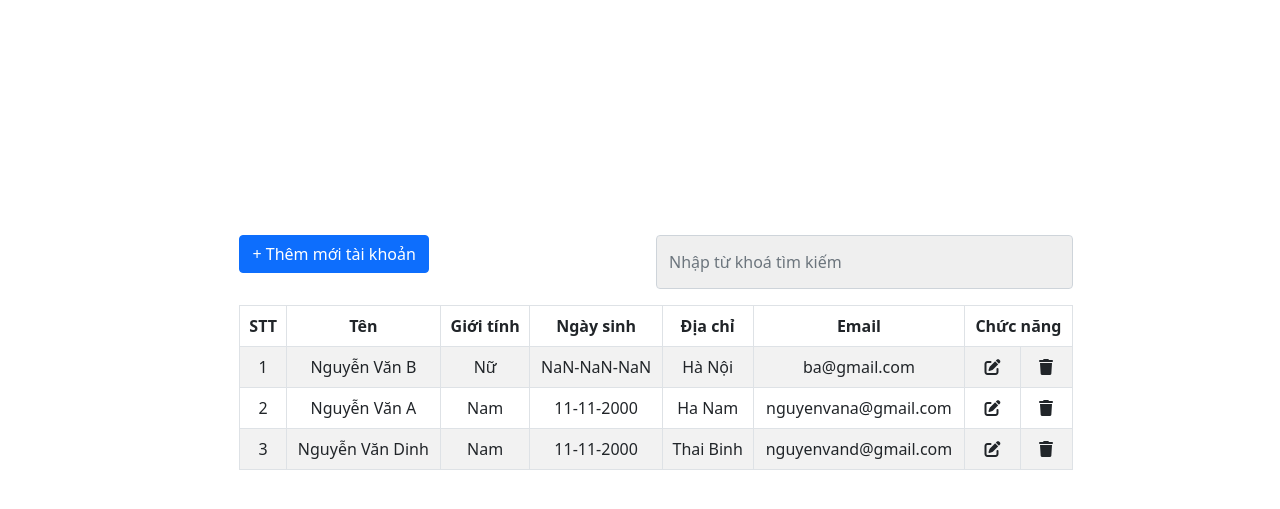
Repository: TinhTT336/MD02_Session12
Page: / (app in client/)
The author's editor kept a copy of each file at every save. The page is drawn from the files as they stood at one save, then again after the next save.
The browser window is 1280 px wide. The pictures show the whole page.
The project was rebuilt for these pictures with package versions that can differ from the ones it lists, and the page was loaded fresh each time. Requests to the local data server were answered from the project's data file. Also part of the build but not shown: client/vite.config.js, client/src/components/admin/manager-product/FormAdd.jsx, client/src/components/admin/manager-product/FormEdit.jsx, client/src/pages/product/ListProduct.jsx, client/src/components/admin/manager-user/FormAddUser.jsx, client/src/components/admin/manager-user/FormEditUser.jsx.

Above is the page before, as saved 2023-09-12 10:35:16.

### client/index.html
<!DOCTYPE html>
<html lang="en">
  <head>
    <meta charset="UTF-8" />
    <link rel="icon" type="image/svg+xml" href="/vite.svg" />
    <meta name="viewport" content="width=device-width, initial-scale=1.0" />
    <title>Vite + React</title>
    <link
      href="https://cdn.jsdelivr.net/npm/bootstrap@5.0.2/dist/css/bootstrap.min.css"
      rel="stylesheet"
      integrity="sha384-EVSTQN3/azprG1Anm3QDgpJLIm9Nao0Yz1ztcQTwFspd3yD65VohhpuuCOmLASjC"
      crossorigin="anonymous"
    />
    <link
      rel="stylesheet"
      href="https://cdnjs.cloudflare.com/ajax/libs/font-awesome/6.4.2/css/all.min.css"
      integrity="sha512-z3gLpd7yknf1YoNbCzqRKc4qyor8gaKU1qmn+CShxbuBusANI9QpRohGBreCFkKxLhei6S9CQXFEbbKuqLg0DA=="
      crossorigin="anonymous"
      referrerpolicy="no-referrer"
    />
  </head>
  <body>
    <div id="root"></div>
    <script type="module" src="/src/main.jsx"></script>
  </body>
</html>

### client/src/App.jsx
import { useState } from 'react'
import reactLogo from './assets/react.svg'
import viteLogo from '/vite.svg'
import './App.css'
import ListProduct from './pages/product/ListProduct'
import ListUser from './pages/admin/ListUser'

function App() {
  const [count, setCount] = useState(0)

  return (
    <>
      {/* <ListProduct /> */}
      <ListUser />
    </>
  )
}

export default App

### client/src/pages/admin/ListUser.jsx
import React, { useEffect, useState } from 'react';
import axios from 'axios';// khong co dau ngoac nhon
import { notification } from 'antd';
import FormAddUser from '../../components/admin/manager-user/FormAddUser';
import FormEditUser from '../../components/admin/manager-user/FormEditUser';
import { formatDate } from '../../utils/formatData';
import debounce from "lodash.debounce";

export default function ListUser() {
    const [users, setUsers] = useState([]);
    const [show, setShow] = useState(false);
    const [showEdit, setShowEdit] = useState(false);
    const [idEdit, setIdEdit] = useState(null);
    const [searchText, setSearchText] = useState("");
    // goi API lấy tất cả thông tin
    const loadData = () => {
        axios.get(`http://localhost:8000/users?user_name_like=${searchText}`)
            .then(response => setUsers(response.data))
            .catch(error => console.log(error))
    }

    useEffect(() => {
        const delaySearch = debounce(loadData, 500)//dat do tre cho ham search tinh tu khi bo tay ra kho ban phim
        delaySearch();
        return delaySearch.cancel; //huy debounce khi khong thuc hien chua nang search
    }, [searchText])

    // ham xoa du lieu
    const handleDelete = (id) => {
        axios.delete(`http://localhost:8000/users/${id}`)
            .then(response => {
                if (response.status === 200) {
                    notification.success({
                        message: "Thành công!",
                        description: "Xoá tài khoản thành công"
                    });
                    loadData();
                }
            })
            .catch(error => console.log(error))
    }

    // ham hien form them moi
    const handleShow = () => {
        setShow(true);
    }

    // ham dong form them moi
    const handleClose = () => {
        setShow(false);
    }

    // ham hien form edit
    const handleShowEdit = (id) => {
        setShowEdit(true);
        setIdEdit(id);
    }

    // ham dong form edit
    const handleCloseEdit = () => {
        setShowEdit(false);
    }
    return (
        <>
            {/* Form them moi */}
            {show && <FormAddUser handleClose={handleClose} loadData={loadData} />}
            {/* Form edit */}
            {showEdit && <FormEditUser handleCloseEdit={handleCloseEdit} loadData={loadData} idEdit={idEdit} />}
            <div className='container d-flex align-items-center  flex-column m-3'>
                <div className='d-flex justify-content-between mb-3' style={{ width: "100%", gap: "20px" }}>
                    <button onClick={handleShow} className='btn btn-primary mb-3'>+ Thêm mới tài khoản</button>
                    <input value={searchText}
                        onChange={(e) => setSearchText(e.target.value)} type="text" name="" id="" className="form-control w-50" placeholder='Nhập từ khoá tìm kiếm' />
                </div>
                <table className='table table-striped table-hover table-bordered'>
                    <thead>
                        <tr>
                            <th style={{ textAlign: "center" }} scope='col'>STT</th>
                            <th style={{ textAlign: "center" }} scope='col'>Tên</th>
                            <th style={{ textAlign: "center" }} scope='col'>Giới tính</th>
                            <th style={{ textAlign: "center" }} scope='col'>Ngày sinh</th>
                            <th style={{ textAlign: "center" }} scope='col'>Địa chỉ</th>
                            <th style={{ textAlign: "center" }} scope='col'>Email</th>
                            <th style={{ textAlign: "center" }} scope='col' colSpan={2}>Chức năng</th>
                        </tr>
                    </thead>
                    <tbody>
                        {users.map((user, index) => (
                            <tr key={user.id}>
                                <td>{index + 1}</td>
                                <td>{user.user_name}</td>
                                <td>{user.gender === 0 ? "Nam" : (user.gender === 1 ? "Nữ" : "Khác")}</td>
                                <td>{formatDate(user.dateOfBirth)}</td>
                                <td>{user.address}</td>
                                <td>{user.email}</td>
                                <td onClick={() => handleShowEdit(user.id)}><i className="fa-solid fa-pen-to-square "></i></td>
                                <td onClick={() => handleDelete(user.id)}><i className="fa-solid fa-trash "></i></td>
                            </tr>

                        ))}
                    </tbody>
                </table>
            </div>
        </>
    )
}

### client/src/utils/formatData.js
/**
 * ham format tien te Viet Nam
 * @param {*} money chuoi tien te can format
 * @returns chuoi tien te da duoc format
 * Author: TinhTT (11/09/2023)
 */
export const formatMoney = (money) => {
  return money.toLocaleString("vi", { style: "currency", currency: "VND" });
};
/**
 * ham dinh dang chuoi thoi gian
 * @param {*} date chuoi thoi gian can dinh dang
 * @returns dinh dang thoi gian theo kieu ngay-thang-nam
 * Author: TinhTT(12/9/2023)
 */
export const formatDate = (date) => {
  // lay ra dinh dang thoi gian cua chuoi dua vao thoi gian thuc
  const today = new Date(date);
  // lay ra nam
  let year = today.getFullYear();
  // lay ra thang
  let month = today.getMonth() + 1;
  if (month > 0 && month < 10) {
    month = `0${month}`;
  }
  // lay ra ngay
  let day = today.getDate();
  // tra ra chuoi can dinh dang
  return `${day}-${month}-${year}`;
};
/**
 * Validate email
 * @param {*} email : chuỗi email cần kiểm tra
 * @returns true nếu đúng định dạng, false nếu sai định dạng
 * Author: NVQUY(12/09/2023)
 */
export const ValidateEmail = (email) => {
  return String(email)
    .toLowerCase()
    .match(
      /^(([^<>()[\]\\.,;:\s@"]+(\.[^<>()[\]\\.,;:\s@"]+)*)|.(".+"))@((\[[0-9]{1,3}\.[0-9]{1,3}\.[0-9]{1,3}\.[0-9]{1,3}\])|(([a-zA-Z\-0-9]+\.)+[a-zA-Z]{2,}))$/
    );
};

### client/src/components/admin/manager-product/product.css
.product-container {
  position: fixed;
  bottom: 0;
  top: 0;
  right: 0;
  left: 0;
  background: rgba(0, 0, 0, 0.6);
  display: flex;
  align-items: center;
  justify-content: center;
  min-height: 100vh;
}
.form-container {
  width: 400px;
  padding: 20px;
  background-color: #fff;
  border: 1px solid #3333;
  border-radius: 4px;
}
.form-control {
  background-color: #efefef;
}

### server/db.json
{
  "users": [
    {
      "email": "ba@gmail.com",
      "password": "$2a$10$dR3OnjgY62k9wRyVo5LbNeqOKyZL54t2fqGn3sQJJPeKdv6eA7BPC",
      "user_name": "Nguyễn Văn B",
      "gender": 1,
      "address": "Hà Nội ",
      "dateOfBirth": "20/01/2004",
      "id": 1
    },
    {
      "email": "nguyenvana@gmail.com",
      "password": "$2a$10$19Cnt/n/J/yqyoAFKDjy4.HmmO9ZH/8PjB0.suBV3eBKrZBomKi1O",
      "user_name": "Nguyễn Văn A",
      "gender": 0,
      "dateOfBirth": "11/11/2000",
      "address": "Ha Nam",
      "id": 2
    },
    {
      "email": "nguyenvand@gmail.com",
      "password": "$2a$10$Tz6cvrc/vgRS4QnEr.4qZ.fK3iOzyYLpUpImKREPYkv/5n3Y6PAG2",
      "user_name": "Nguyễn Văn Dinh",
      "gender": 0,
      "dateOfBirth": "11/11/2000",
      "address": "Thai Binh",
      "id": 3
    }
  ],
  "products": [
    {
      "id": 1,
      "product_name": "Cam sanh",
      "price": 20000,
      "from": "mien Tay"
    },
    {
      "id": 2,
      "product_name": "Cam vàng",
      "price": 40000,
      "from": "mien Tay"
    },
    {
      "product_name": "Chôm chôm",
      "price": 35000,
      "from": "Miền Nam",
      "id": 5
    },
    {
      "product_name": "Ổi hồng",
      "price": 40000,
      "from": "Miền Nam",
      "id": 6
    },
    {
      "product_name": "Bưởi da xanh",
      "price": 56000,
      "from": "Miền Nam",
      "id": 7
    }
  ]
}

### client/src/components/base/Loading.jsx
import React from "react";
import "./loading.css";

export default function Loading() {
    return (
        <>
            <div className="loading-container">
                <div className="loader-container">
                    <div className="loader"></div>
                </div>
            </div>
        </>
    );
}

### client/src/components/base/loading.css
.loading-container {
  z-index: 1000;
  transition: all 0.5s ease;
  opacity: 1;
  background-color: rgba(0, 0, 0, 0.2);
  position: fixed;
  top: 0;
  left: 0;
  right: 0;
  bottom: 0;
}

.loader-container {
  position: absolute;
  top: 50%;
  left: 50%;
  transform: translate(-50%, -50%);
}

.loader {
  border: 6px solid #f3f3f3; /* màu nền cho vòng tròn */
  border-top: 6px solid #3498db; /* màu cho vòng tròn khi quay */
  border-radius: 50%;
  width: 50px;
  height: 50px;
  animation: spin 1s linear infinite;
}

@keyframes spin {
  0% {
    transform: rotate(0deg);
  }
  100% {
    transform: rotate(360deg);
  }
}

Loaded but not shown: client/src/main.jsx (common file); client/src/index.css (common file); client/src/App.css (common file)

After the next save:
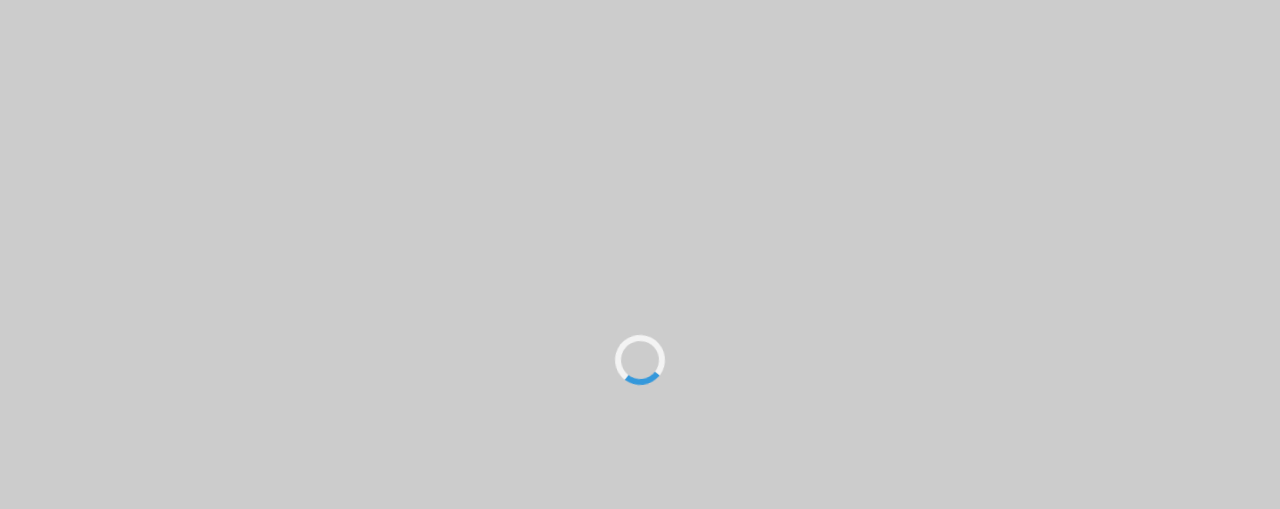
Saved 30 s later.
--- a/client/src/App.jsx
+++ b/client/src/App.jsx
@@ -4,6 +4,7 @@
 import './App.css'
 import ListProduct from './pages/product/ListProduct'
 import ListUser from './pages/admin/ListUser'
+import Loading from './components/base/Loading'
 
 function App() {
   const [count, setCount] = useState(0)
@@ -11,7 +12,8 @@
   return (
     <>
       {/* <ListProduct /> */}
-      <ListUser />
+      {/* <ListUser /> */}
+      <Loading />
     </>
   )
 }

After the save that followed:
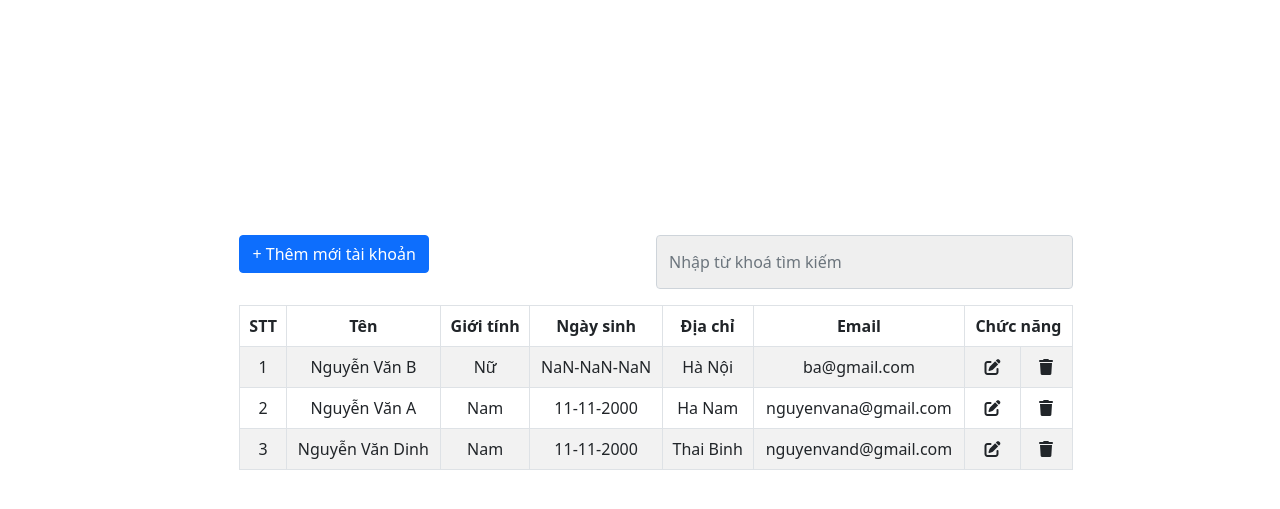
Saved 2 min 58 s later.
--- a/client/src/App.jsx
+++ b/client/src/App.jsx
@@ -12,8 +12,8 @@
   return (
     <>
       {/* <ListProduct /> */}
-      {/* <ListUser /> */}
-      <Loading />
+      <ListUser />
+      {/* <Loading /> */}
     </>
   )
 }
